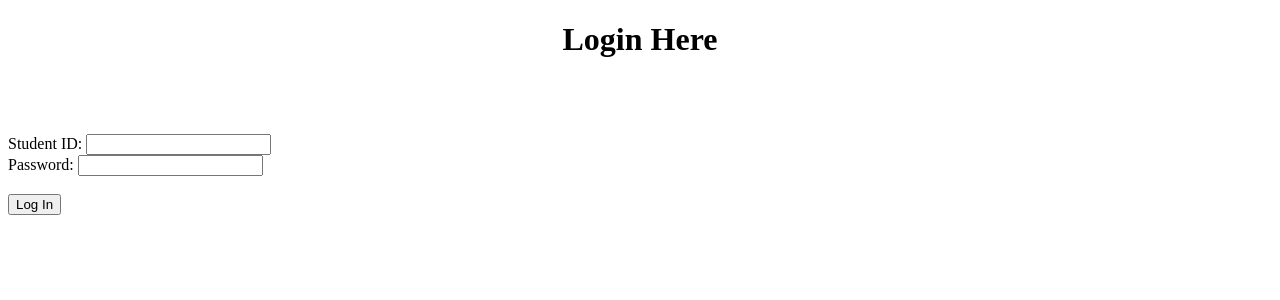
Repository: weshayutin/java258Online
Page: http://localhost/Week5Assignment/schedule.do
These files come from the project's save history. The page is drawn as it stood at one moment and after the next save; the edit follows.
The browser window is 1280 px wide. The pictures show the whole page.
The page is served by Tomcat 9.

Above is the page before, as saved 2011-02-09 05:58:30.

After the next save:
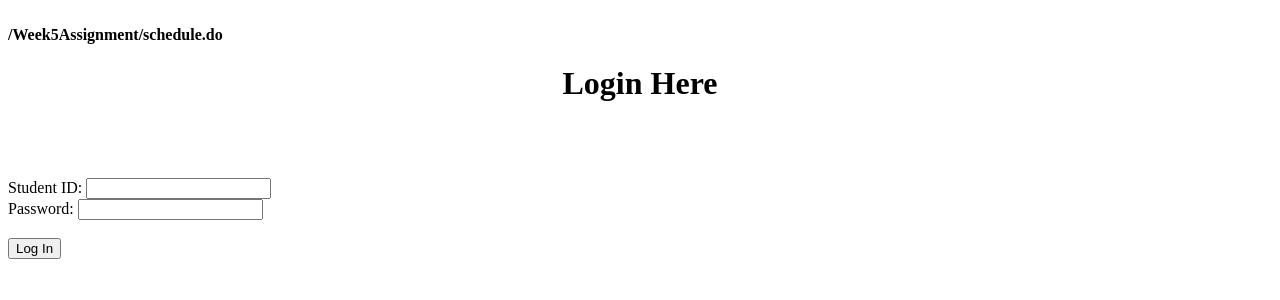
Saved 75 s later.
--- a/workspace/Week5Assignment/src/com/waketech/web/Schedule.java
+++ b/workspace/Week5Assignment/src/com/waketech/web/Schedule.java
@@ -42,7 +42,7 @@
 		name = verify.verifyThisCookie(cookies,session);
 
 
-		request.setAttribute("myRefferringPage", getServletConfig().getServletContext().getAttribute("url-pattern"));
+		request.setAttribute("myRefferringPage", request.getRequestURI());
 
 		if(name == ""){
 			RequestDispatcher view =  request.getRequestDispatcher("login.jsp");
